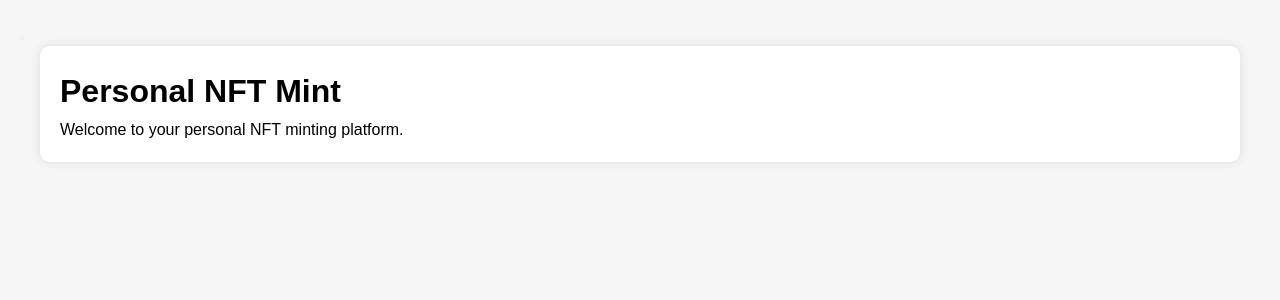
Repository: Ch3fC0d3/-MACT6340
Page: index.html
An editor plug-in stored every save of this project. The page is shown before and after the next save, followed by the edit.
The browser window is 1280 px wide. The pictures show the whole page.

Above is the page before, as saved 2025-01-15 09:56:57.

After the next save:
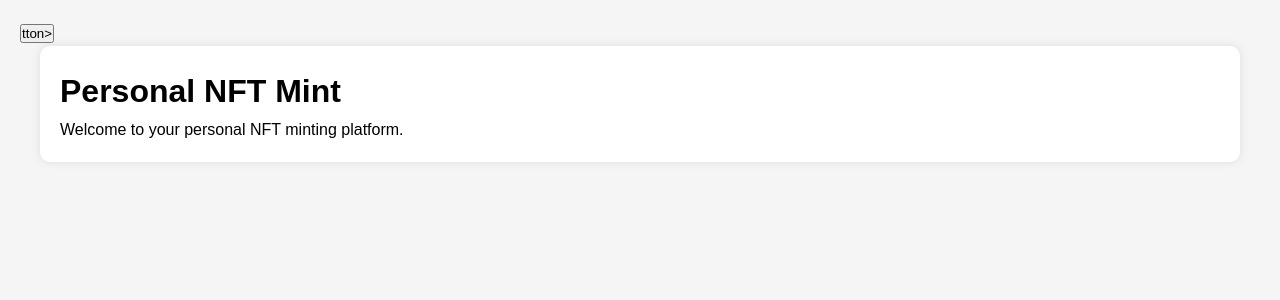
Saved 7 s later.
--- a/index.html
+++ b/index.html
@@ -11,7 +11,7 @@
     <link rel="stylesheet" href="./CSS/style.css">
 </head>
 <body>
-    <button id="TestButton"<Click Me tton>
+    <button id="TestButton"<Click Me ></Click>tton>
     <script type="module" src="./js/index.js"></script>
 </body>
 </html>
